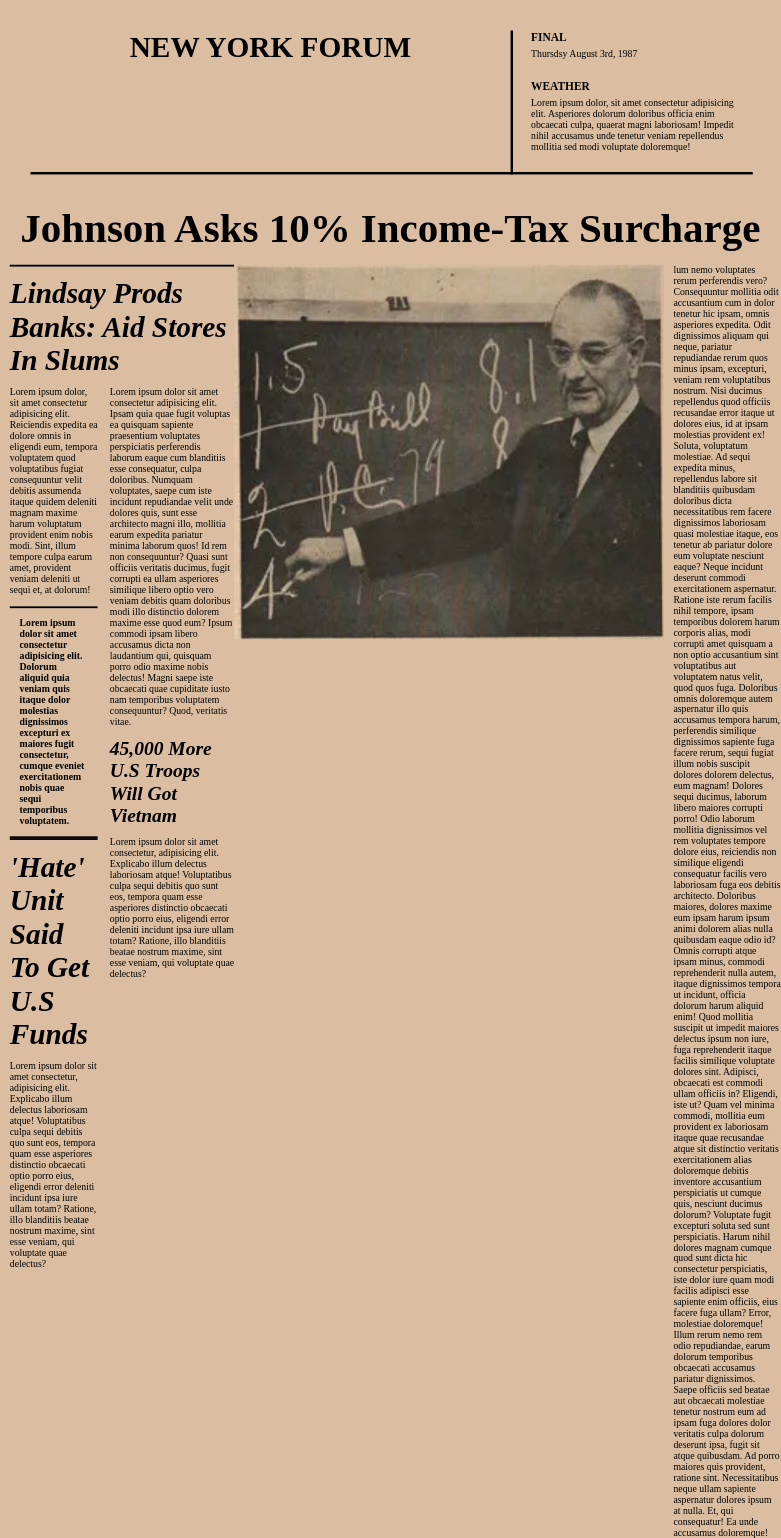
Repository: Arkitecth/newspaper-grid
Page: index.html
These files come from the project's save history. The page is drawn as it stood at one moment and after the next save; the edit follows.
The browser window is 1280 px wide. The pictures show the whole page, at 61% of full size.

Above is the page before, as saved 2023-05-29 18:11:31.

After the next save:
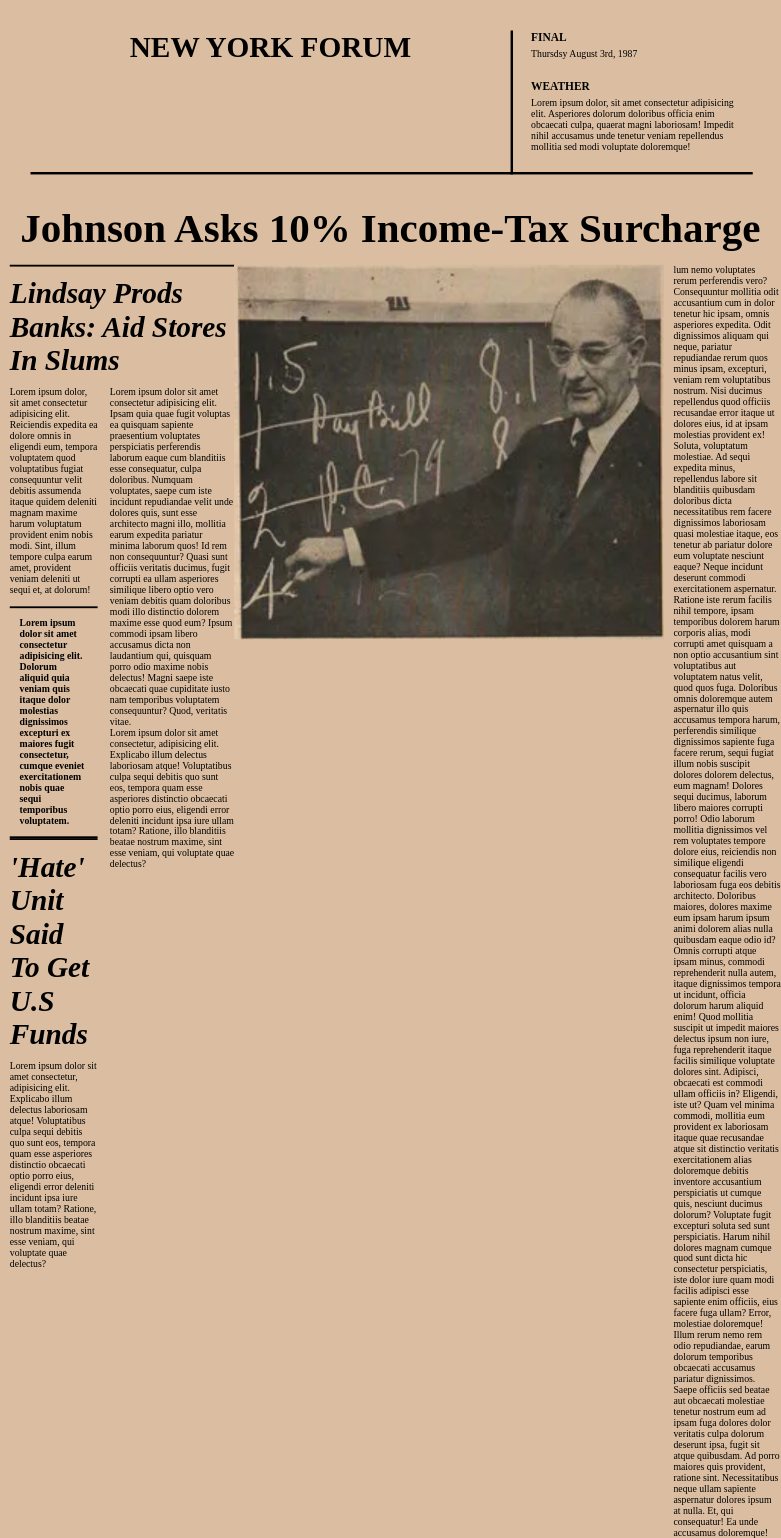
Saved 36 s later.
--- a/index.html
+++ b/index.html
@@ -37,7 +37,6 @@
                     </div>
                     <div class="right">
                         <p>Lorem ipsum dolor sit amet consectetur adipisicing elit. Ipsam quia quae fugit voluptas ea quisquam sapiente praesentium voluptates perspiciatis perferendis laborum eaque cum blanditiis esse consequatur, culpa doloribus. Numquam voluptates, saepe cum iste incidunt repudiandae velit unde dolores quis, sunt esse architecto magni illo, mollitia earum expedita pariatur minima laborum quos! Id rem non consequuntur? Quasi sunt officiis veritatis ducimus, fugit corrupti ea ullam asperiores similique libero optio vero veniam debitis quam doloribus modi illo distinctio dolorem maxime esse quod eum? Ipsum commodi ipsam libero accusamus dicta non laudantium qui, quisquam porro odio maxime nobis delectus! Magni saepe iste obcaecati quae cupiditate iusto nam temporibus voluptatem consequuntur? Quod, veritatis vitae.</p>
-                        <h3>45,000 More U.S Troops Will got Vietnam</h3>
                         <p>Lorem ipsum dolor sit amet consectetur, adipisicing elit. Explicabo illum delectus laboriosam atque! Voluptatibus culpa sequi debitis quo sunt eos, tempora quam esse asperiores distinctio obcaecati optio porro eius, eligendi error deleniti incidunt ipsa iure ullam totam? Ratione, illo blanditiis beatae nostrum maxime, sint esse veniam, qui voluptate quae delectus?</p>
                     </div>
                 </div>
